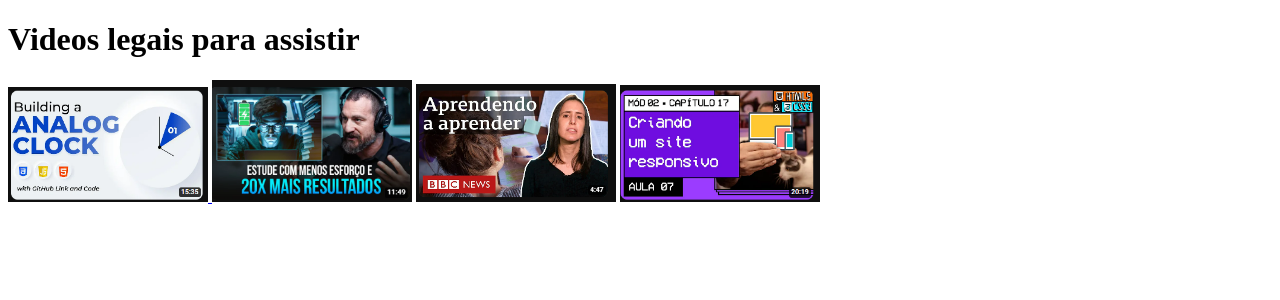
Repository: GabrielTrevisanMargrander/Html-Css
Page: Exercicios/ex012/desafio/index.html
An editor plug-in stored every save of this project. The page is shown before and after the next save, followed by the edit.
The browser window is 1280 px wide. The pictures show the whole page.

Above is the page before, as saved 2023-05-31 20:33:40.

After the next save:
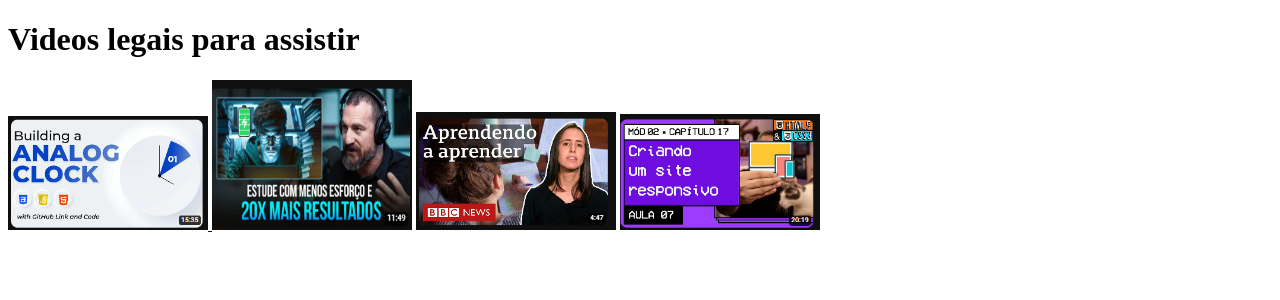
Saved 5 s later.
--- a/Exercicios/ex012/desafio/index.html
+++ b/Exercicios/ex012/desafio/index.html
@@ -12,7 +12,7 @@
     </h1>
 
 <a href="autor.html" target="_blank"> <img src="iamgens/imagem1.png" alt="nem sei" width="200px"> </a>
-<a href="ingles.html"> <img src="iamgens/imagem2.png" width="200px" height="" alt=""></a>
+<a href="ingles.html"> <img src="iamgens/imagem2.png" width="200px" height="150px" alt=""></a>
 <a href="passos.html"> <img src="iamgens/imagem3.png" width="200px" alt=""></a>
 <a href="zero.html"> <img src="iamgens/imagem4.png" width="200px" alt=""></a>
 
